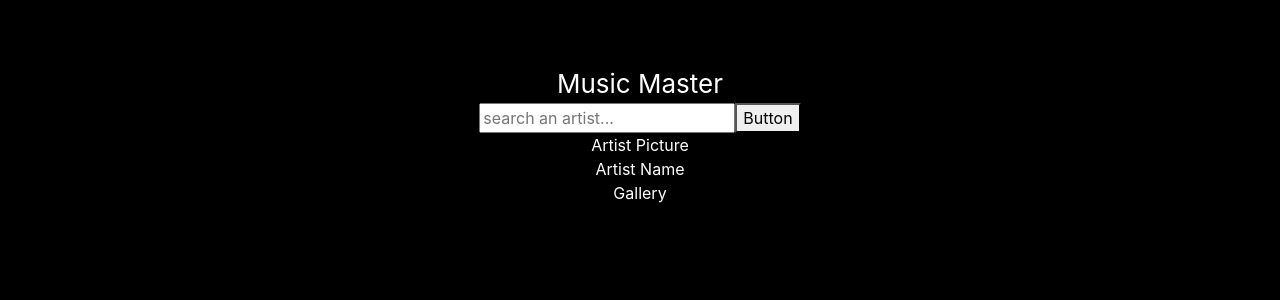
Repository: the-manohar/music
Page: /
The author's editor kept a copy of each file at every save. The page is drawn from the files as they stood at one save, then again after a run of saves.
The browser window is 1280 px wide. The pictures show the whole page.
The project was rebuilt for these pictures with package versions that can differ from the ones it lists, and the page was loaded fresh each time.

Above is the page before, as saved 2020-07-19 04:10:24.

After the next 3 saves:
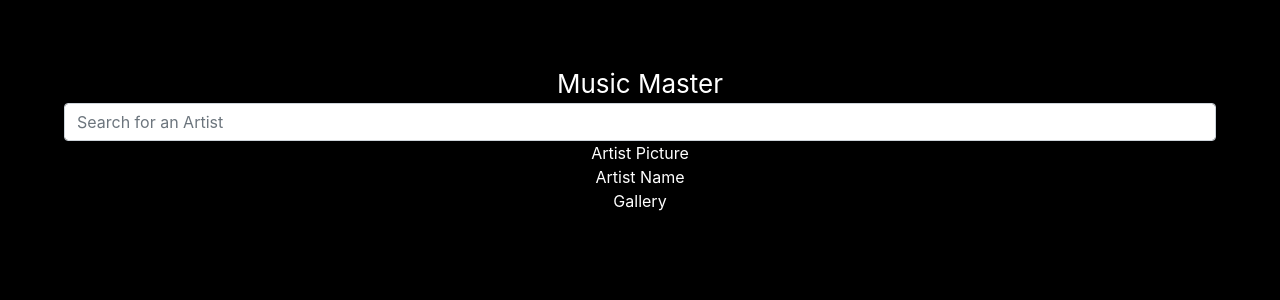
The 3 saves are shown as one change because 2 did not build or start.
The last was saved 3 min 31 s later.
--- a/src/App.js
+++ b/src/App.js
@@ -1,13 +1,16 @@
 import React from "react";
 import "./App.css";
+import { FormGroup, FormControl, InputGroup } from "react-bootstrap";
 function App() {
   return (
     <div className="App">
       <div className="App-title">Music Master</div>
-      <div>
-        <input placeholder="search an artist..." />
-        <button>Button</button>
-      </div>
+      <FormGroup>
+        <InputGroup>
+          <FormControl type="text" placeholder="Search for an Artist" />
+          {/* <InputGroup.Addon>Search</InputGroup.Addon> */}
+        </InputGroup>
+      </FormGroup>
       <div className="Profile">
         <div>Artist Picture</div>
         <div>Artist Name</div>
